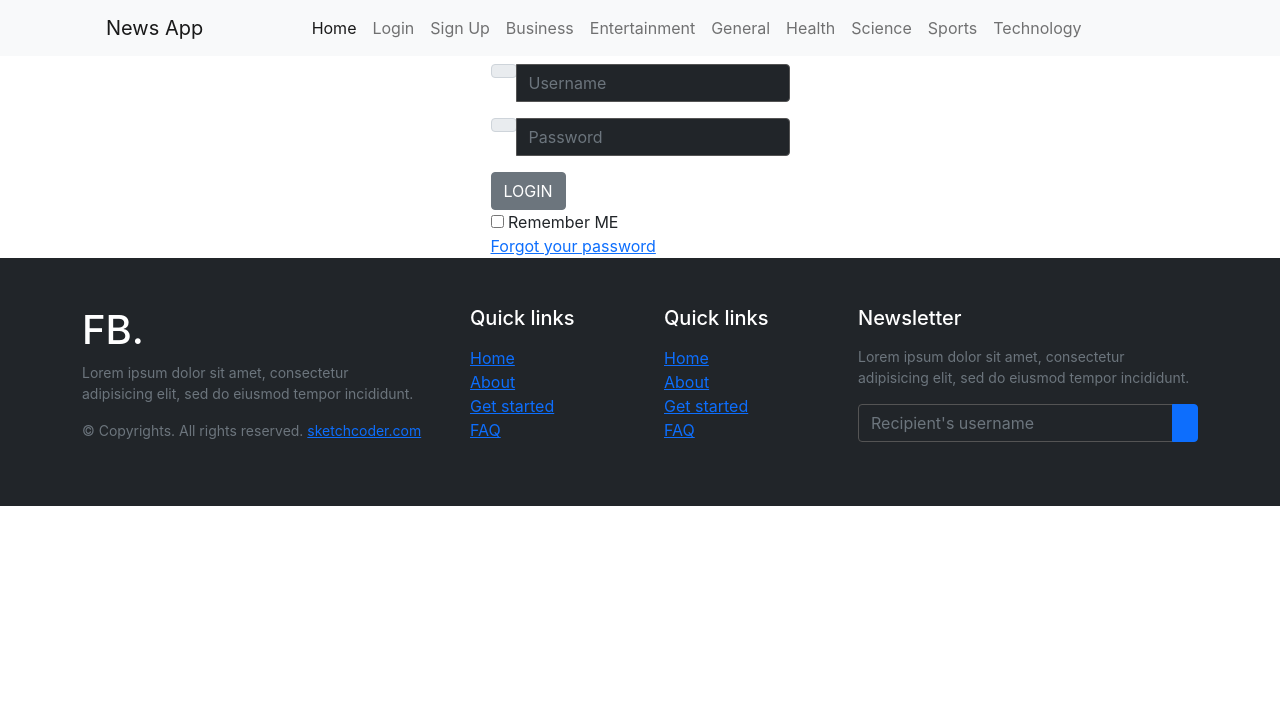
Repository: ZainAkbar51214/News-Site
Page: /login
These files come from the project's save history. The page is drawn as it stood at one moment and after the next save; the edit follows.
The browser window is 1280 px wide. The pictures show the whole page.
The project was rebuilt for these pictures with package versions that can differ from the ones it lists, and the page was loaded fresh each time. Also part of the build but not shown: src/Components/pages/SignUp.jsx, src/Components/Layouts/NewsItem.js, src/Components/Spinner.jsx, src/Components/Layouts/News.js.

Above is the page before, as saved 2023-12-18 03:39:10.

### public/index.html
<!DOCTYPE html>
<html lang="en">
  <head>
    <meta charset="utf-8" />
    <link rel="icon" href="%PUBLIC_URL%/favicon.ico" />
    <meta name="viewport" content="width=device-width, initial-scale=1" />
    <meta name="theme-color" content="#000000" />
    <meta
      name="description"
      content="Web site created using create-react-app"
    />
    <link rel="apple-touch-icon" href="%PUBLIC_URL%/logo192.png" />

    <link rel="manifest" href="%PUBLIC_URL%/manifest.json" />

    <title>News App</title>
    <!-- Bootstrap cdn -->
    <link href="https://cdn.jsdelivr.net/npm/bootstrap@5.0.2/dist/css/bootstrap.min.css" rel="stylesheet" integrity="sha384-EVSTQN3/azprG1Anm3QDgpJLIm9Nao0Yz1ztcQTwFspd3yD65VohhpuuCOmLASjC" crossorigin="anonymous">
  </head>
  <body>
    <noscript>You need to enable JavaScript to run this app.</noscript>
    <div id="root"></div>


    <!-- Bootstrap Script -->
    <script src="https://cdn.jsdelivr.net/npm/@popperjs/core@2.9.2/dist/umd/popper.min.js" integrity="sha384-IQsoLXl5PILFhosVNubq5LC7Qb9DXgDA9i+tQ8Zj3iwWAwPtgFTxbJ8NT4GN1R8p" crossorigin="anonymous"></script>
<script src="https://cdn.jsdelivr.net/npm/bootstrap@5.0.2/dist/js/bootstrap.min.js" integrity="sha384-cVKIPhGWiC2Al4u+LWgxfKTRIcfu0JTxR+EQDz/bgldoEyl4H0zUF0QKbrJ0EcQF" crossorigin="anonymous"></script>
  </body>
</html>

### src/App.js
import React from "react";
import {
  BrowserRouter as Router,
  Switch,
  Route
} from "react-router-dom";
import Navbar from './Components/Header/Navbar';
import Footer from './Components/Footer/Footer';
import Login from "./Components/pages/Login";
import SignUp from "./Components/pages/SignUp";
import News from "./Components/Layouts/News";

function App() {
  return (
    <Router>
      <Navbar />
        <Switch>
          <Route path="/" exact><News key="general" pageSize={5} country="in" category="general" /></Route>
          <Route path="/business" exact><News key="business" pageSize={5} country="in" category="business" /></Route>
          <Route path="/entertainment" exact><News key="entertainment" pageSize={5} country="in" category="entertainment" /></Route>
          <Route path="/health" exact><News key="health" pageSize={5} country="in" category="health" /></Route>
          <Route path="/science" exact><News key="science" pageSize={5} country="in" category="science" /></Route>
          <Route path="/sports" exact><News key="sports" pageSize={5} country="in" category="sports" /></Route>
          <Route path="/technology" exact><News key="technology" pageSize={5} country="in" category="technology" /></Route>
          <Route path="/login">
            <Login />
          </Route>
          <Route path="/sign-up">
            <SignUp />
          </Route>
        </Switch>
      <Footer />
  </Router>
  );
}

export default App;

### src/Components/Header/Navbar.jsx
import React, { Component } from 'react';
import { Link } from 'react-router-dom';

class Navbar extends Component {
    render() {
        return (
            <div>
                <div className="container-fluid bg-light">
                <div className="container">
                    <div className="row">
                        <div className="col-md-12">
                            <nav className="navbar navbar-expand-lg navbar-light">
                                <div className="container-fluid">
                                    <Link className="navbar-brand" to="/">News App</Link>
                                    <button className="navbar-toggler" type="button" data-bs-toggle="collapse" data-bs-target="#navbarSupportedContent" aria-controls="navbarSupportedContent" aria-expanded="false" aria-label="Toggle navigation">
                                        <span className="navbar-toggler-icon"></span>
                                    </button>
                                    <div className="collapse navbar-collapse" id="navbarSupportedContent">
                                        <ul className="navbar-nav mx-auto mb-2 mb-lg-0">
                                            <li className="nav-item">
                                                <Link className="nav-link active" aria-current="page" to="/">Home</Link>
                                            </li>
                                            <li className="nav-item">
                                                <Link className="nav-link" to="/login">Login</Link>
                                            </li>
                                            <li className="nav-item">
                                                <Link className="nav-link" to="/sign-up">Sign Up</Link>
                                            </li>
                                            <li className="nav-item">
                                                <Link className="nav-link" to="/business">Business</Link>
                                            </li>
                                            <li className="nav-item">
                                                <Link className="nav-link" to="/entertainment">Entertainment</Link>
                                            </li>
                                            <li className="nav-item">
                                                <Link className="nav-link" to="/">General</Link>
                                            </li>
                                            <li className="nav-item">
                                                <Link className="nav-link" to="/health">Health</Link>
                                            </li>
                                            <li className="nav-item">
                                                <Link className="nav-link" to="/science">Science</Link>
                                            </li>
                                            <li className="nav-item">
                                                <Link className="nav-link" to="/sports">Sports</Link>
                                            </li>
                                            <li className="nav-item">
                                                <Link className="nav-link" to="/technology">Technology</Link>
                                            </li>
                                        </ul>
                                    </div>
                                </div>
                            </nav>
                        </div>
                    </div>
                </div>
            </div>
            </div>
        );
    }
}

export default Navbar;

### src/Components/Footer/Footer.jsx
import React from "react";
import { Link } from "react-router-dom";
import '../Footer/Footer.css';

const Navbar = () => {
    return (
        <>
            <div className="d-flex flex-column h-100" style={{overflow: 'hidden'}}>
                {/* <!-- FOOTER --> */}
                <footer className="w-100 py-4 flex-shrink-0">
                    <div className="container py-4">
                        <div className="row gy-4 gx-5">
                            <div className="col-lg-4 col-md-6">
                                <h5 className="h1 text-white">FB.</h5>
                                <p className="small text-muted">Lorem ipsum dolor sit amet, consectetur adipisicing elit, sed do eiusmod tempor incididunt.</p>
                                <p className="small text-muted mb-0">&copy; Copyrights. All rights reserved. <Link className="text-primary" to="https://sketchcoder.com" target="_blank">sketchcoder.com</Link></p>
                            </div>
                            <div className="col-lg-2 col-md-6">
                                <h5 className="text-white mb-3">Quick links</h5>
                                <ul className="list-unstyled text-muted">
                                    <li><Link to="#">Home</Link></li>
                                    <li><Link to="#">About</Link></li>
                                    <li><Link to="#">Get started</Link></li>
                                    <li><Link to="#">FAQ</Link></li>
                                </ul>
                            </div>
                            <div className="col-lg-2 col-md-6">
                                <h5 className="text-white mb-3">Quick links</h5>
                                <ul className="list-unstyled text-muted">
                                    <li><Link to="#">Home</Link></li>
                                    <li><Link to="#">About</Link></li>
                                    <li><Link to="#">Get started</Link></li>
                                    <li><Link to="#">FAQ</Link></li>
                                </ul>
                            </div>
                            <div className="col-lg-4 col-md-6">
                                <h5 className="text-white mb-3">Newsletter</h5>
                                <p className="small text-muted">Lorem ipsum dolor sit amet, consectetur adipisicing elit, sed do eiusmod tempor incididunt.</p>
                                <form action="#">
                                    <div className="input-group mb-3">
                                        <input className="form-control" type="text" placeholder="Recipient's username" aria-label="Recipient's username" aria-describedby="button-addon2" />
                                        <button className="btn btn-primary" id="button-addon2" type="button"><i className="fas fa-paper-plane"></i></button>
                                    </div>
                                </form>
                            </div>
                        </div>
                    </div>
                </footer>
            </div>
        </>
    )
}

export default Navbar;

### src/Components/pages/Login.jsx
import React, { Component } from 'react';
import { Link } from 'react-router-dom';

class Login extends Component{
    render(){
      return(
         <div className="container d-flex align-items-center justify-content-center">
          <div className="form-box">
            <div className="header-form">
              <h4 className="text-primary text-center"><i className="fa fa-user-circle" style={{fontSize:"110px"}}></i></h4>
              <div className="image">
              </div>
            </div>
            <div className="body-form">
             <form>
                <div className="input-group mb-3">
     <div className="input-group-prepend">
      <span className="input-group-text"><i class="fa fa-user"></i></span>
    </div>
    <input type="text" className="form-control" placeholder="Username" />
  </div>
   <div className="input-group mb-3">
     <div className="input-group-prepend">
      <span className="input-group-text"><i class="fa fa-lock"></i></span>
    </div>
    <input type="text" className="form-control" placeholder="Password" />
  </div>
   <button type="button" className="btn btn-secondary btn-block">LOGIN</button>
   <div className="message">
  <div><input type="checkbox" /> Remember ME</div>
   <div><Link to="/">Forgot your password</Link></div>
   </div>
     </form>
              <div className="social">
                <Link to="/"><i className="fab fa-facebook"></i></Link>
                <Link to="/"><i className="fab fa-twitter-square"></i></Link>
                <Link to="/"><i className="fab fa-google"></i></Link>
              </div>
            </div>
          </div>
         </div>
      )
    }
  }


export default Login;

### src/Components/Footer/Footer.css
/* ==========================================
    FOR DEMO PURPOSE
  ========================================== */

  .text-small {
    font-size: 0.9rem;
  }

  .form-control {
    background: #212529;
    border-color: #545454;
  }

  .form-control:focus {
    background: #212529;
  }

  footer {
    background: #212529;
  }

### src/App.css
.App {
  text-align: center;
}

.App-logo {
  height: 40vmin;
  pointer-events: none;
}

@media (prefers-reduced-motion: no-preference) {
  .App-logo {
    animation: App-logo-spin infinite 20s linear;
  }
}

.App-header {
  background-color: #282c34;
  min-height: 100vh;
  display: flex;
  flex-direction: column;
  align-items: center;
  justify-content: center;
  font-size: calc(10px + 2vmin);
  color: white;
}

.App-link {
  color: #61dafb;
}

@keyframes App-logo-spin {
  from {
    transform: rotate(0deg);
  }
  to {
    transform: rotate(360deg);
  }
}

/* @media(max-width: 425px){
  .card{
    width: 100% !important;
  }
} */

Loaded but not shown: src/index.js (common file); src/index.css (common file); src/reportWebVitals.js (common file)

After the next save:
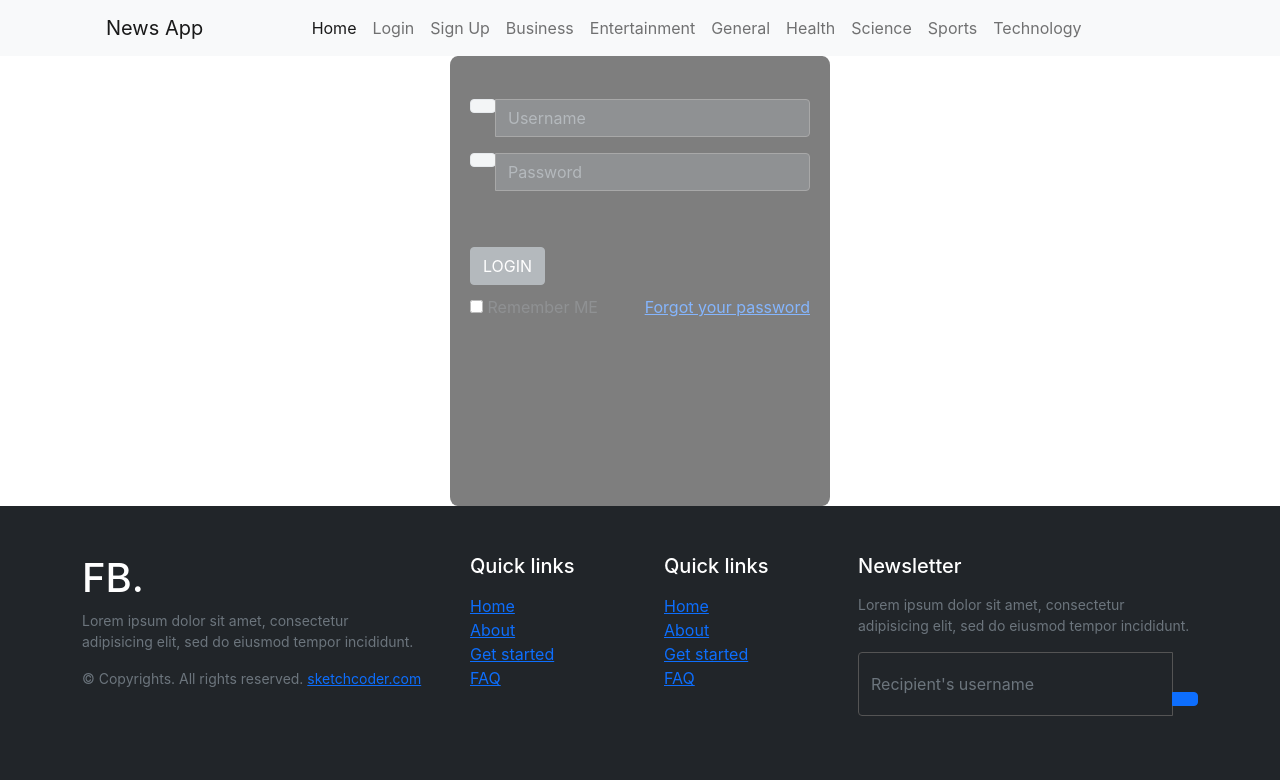
Saved 51 s later.
--- a/src/App.css
+++ b/src/App.css
@@ -37,8 +37,40 @@
   }
 }
 
-/* @media(max-width: 425px){
-  .card{
-    width: 100% !important;
-  }
-} */
+/* Login Css */
+.form-box{
+  width:380px;
+  height:450px;
+  background-color:black;
+  padding:20px;
+  display:flex;
+  flex-direction:column;
+  justify-content:flex-start;
+  opacity:0.5;
+  border-radius:2%;
+}
+.header-form{
+margin-bottom:15px;
+}
+button{
+margin-top:40px;
+margin-bottom:10px;
+}
+.message{
+display:flex;
+justify-content:space-between
+}
+.social{
+display:flex;
+justify-content:space-around;
+padding:30px;
+}
+
+.social i{
+font-size:35px;
+}
+
+.social i:hover{
+color:red;
+cursor:pointer;
+}
